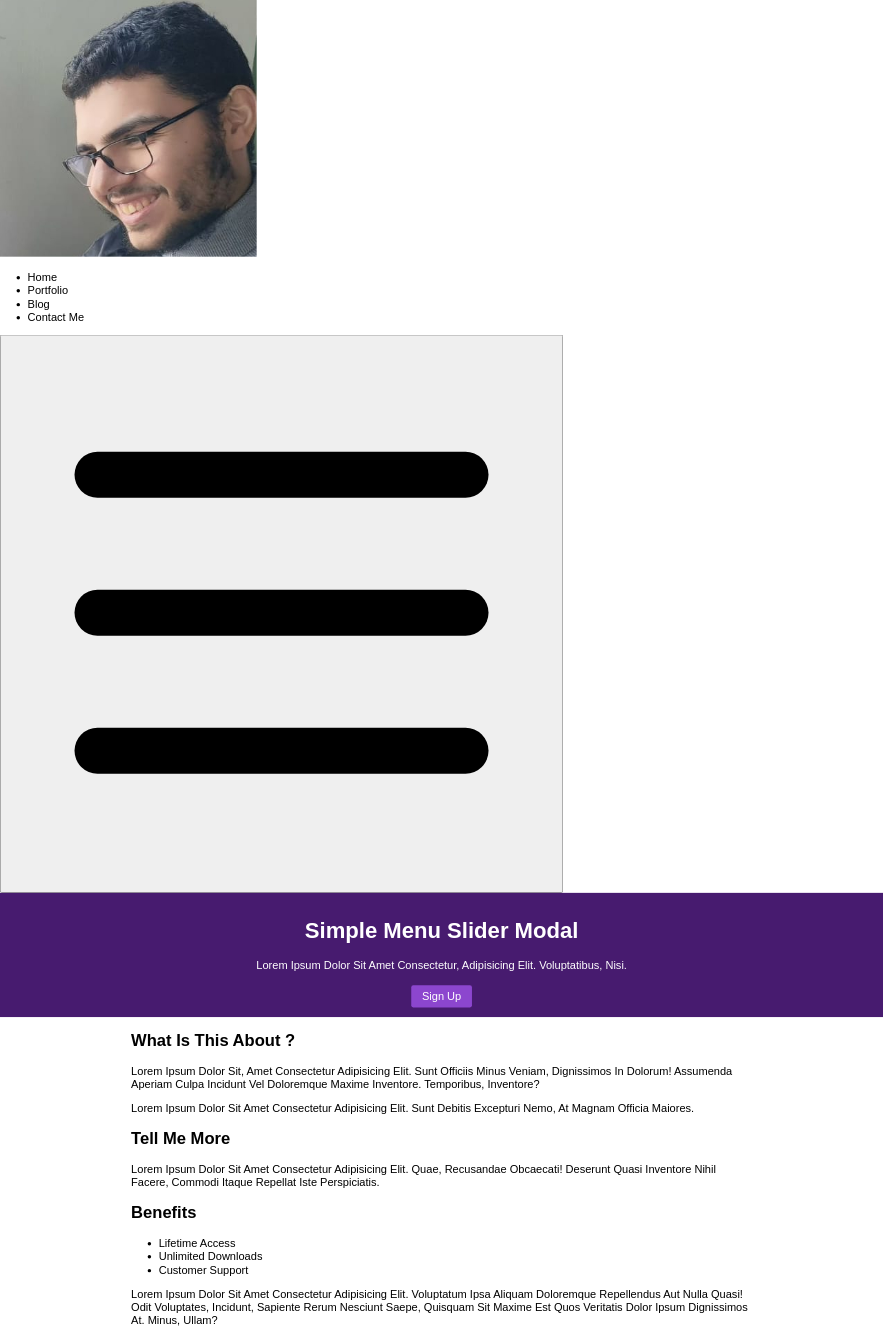
Repository: lilo750/Menu-Slider-modal
Page: index.html
The author's editor kept a copy of each file at every save. The page is drawn from the files as they stood at one save, then again after the next save.
The browser window is 1280 px wide. The pictures show the whole page, at 69% of full size.

Above is the page before, as saved 2024-01-14 14:31:22.

After the next save:
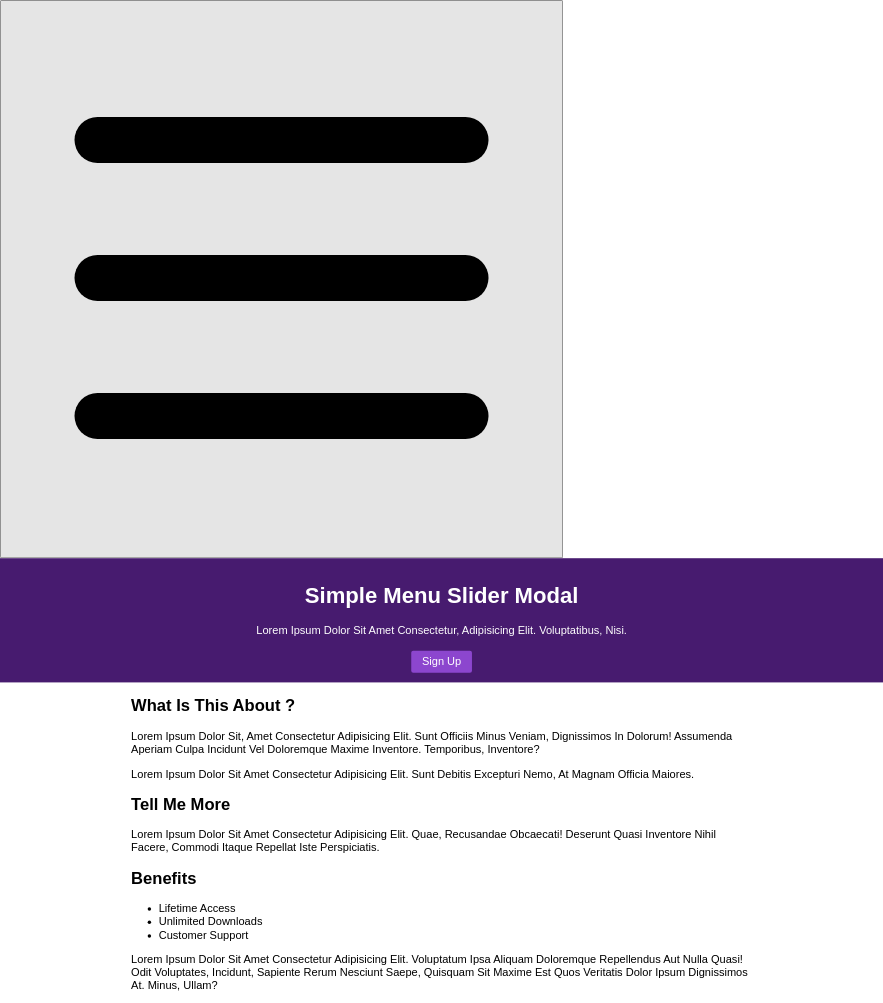
Saved 15 s later.
--- a/index.html
+++ b/index.html
@@ -8,7 +8,7 @@
         <link rel="stylesheet" href="assets/style.css" />
     </head>
     <body>
-        <div class="left-menu">
+        <!-- <div class="left-menu">
             <aside>
                 <div id="profile-img">
                     <img
@@ -22,7 +22,7 @@
                     <li>blog</li>
                     <li>contact me</li>
                 </ul>
-            </aside>
+            </aside> -->
             <button>
                 <img
                     src="assets/visuals/burger-menu-svgrepo-com.svg"
